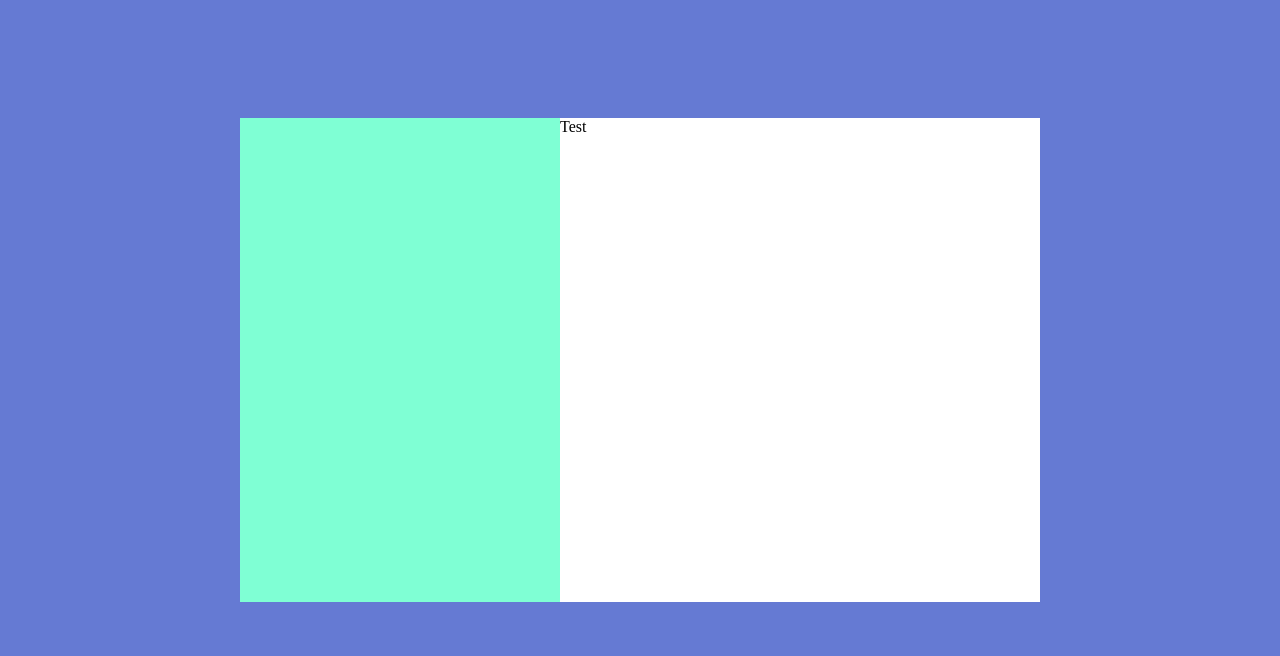
Repository: RugileG/registracijos-forma
Page: index.html
An editor plug-in stored every save of this project. The page is shown before and after the next save, followed by the edit.
The browser window is 1280 px wide. The pictures show the whole page.

Above is the page before, as saved 2021-05-17 11:47:56.

After the next save:
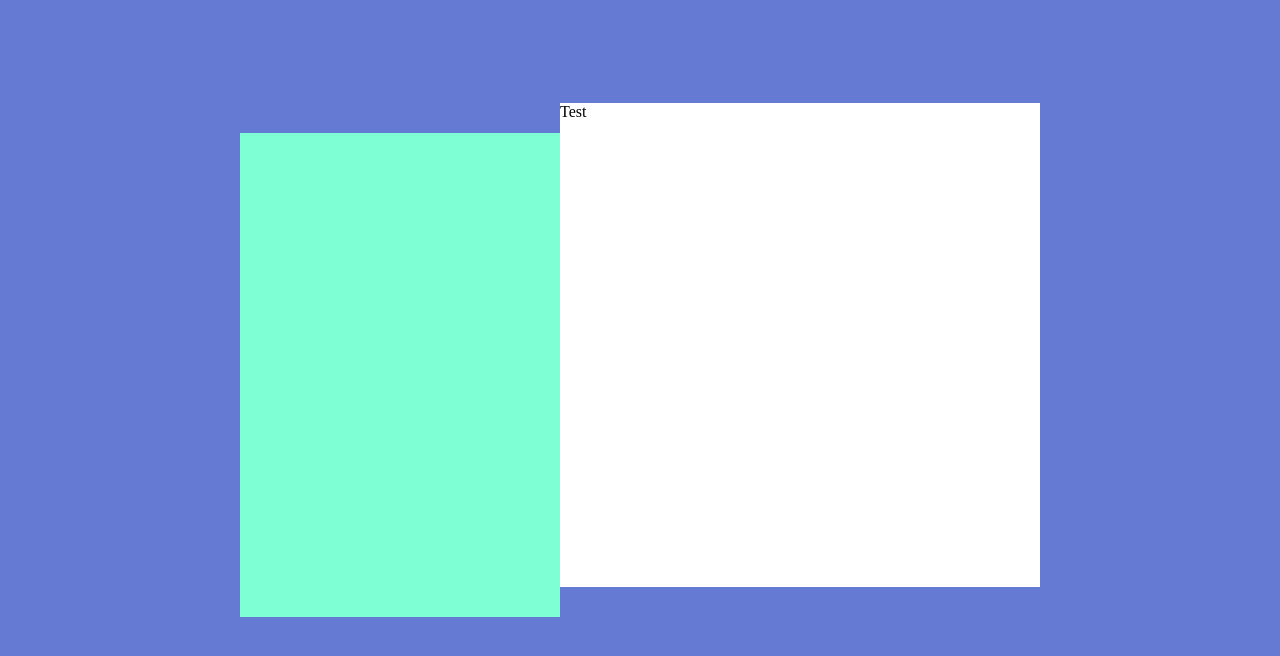
Saved 8 s later.
--- a/index.html
+++ b/index.html
@@ -34,7 +34,7 @@
         .left-column {
             width: 40%;
             background-color: aquamarine;
-            margin-
+            margin-top: 30px;
         }
 
         .right-column {
